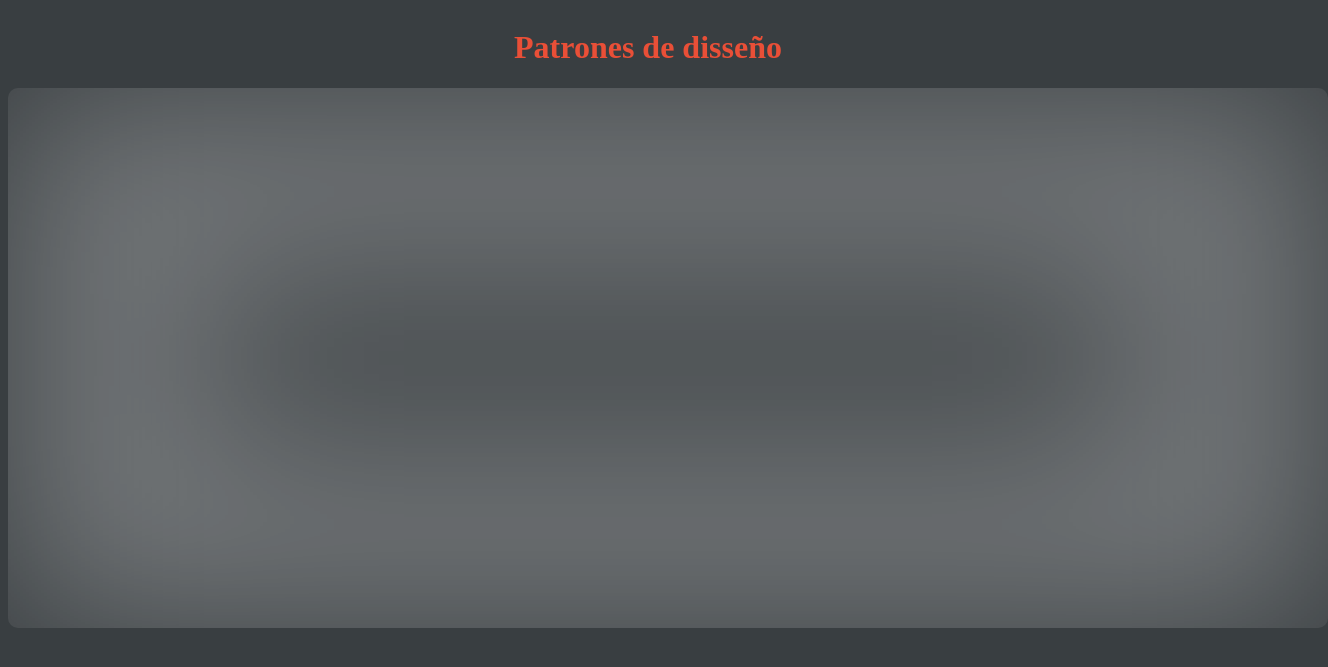
Repository: nrsWebs/design-pattern-es
Page: index.html
These files come from the project's save history. The page is drawn as it stood at one moment and after the next save; the edit follows.
The browser window is 1280 px wide. The page is 1328 px wide, so the pictures cover 1328 px, including what lies to the right of the window. The pictures show the whole page.

Above is the page before, as saved 2021-02-06 18:36:12.

After the next save:
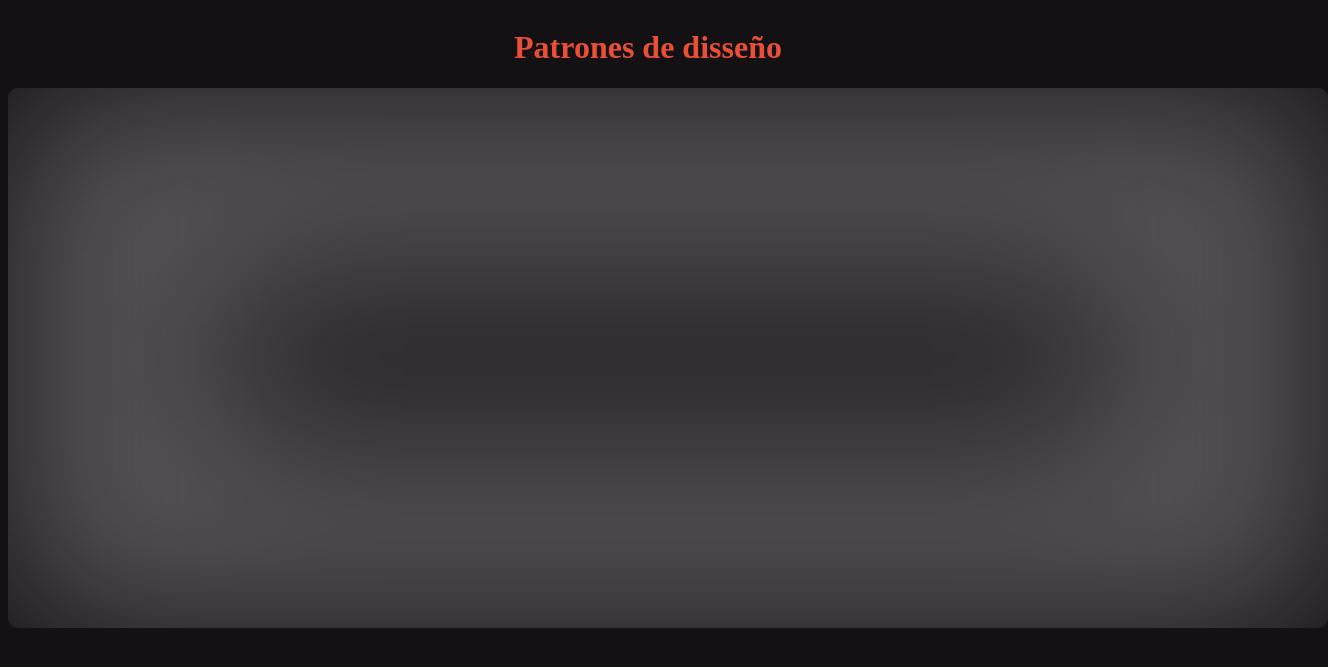
Saved 49 s later.
--- a/source/main.css
+++ b/source/main.css
@@ -1,5 +1,5 @@
 :root {
-    --main: #393E41;
+    --main: #141115;
     --secondary:  #E94F37;
   }
 body {
